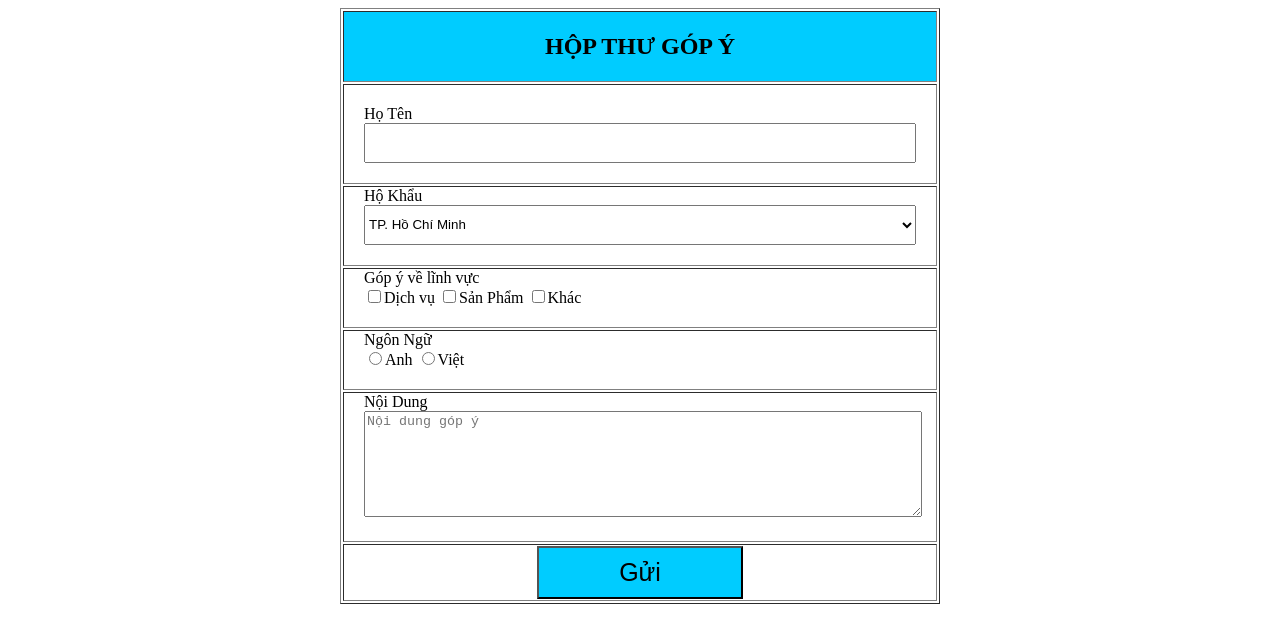
Repository: Tan-Khang21/TH_TKW--Buoi_04
Page: Bai_Tap_Ve_Nha/Bai_02/form8.html
The author's editor kept a copy of each file at every save. The page is drawn from the files as they stood at one save, then again after the next save.
The browser window is 1280 px wide. The pictures show the whole page.

Above is the page before, as saved 2024-03-07 16:42:40.

After the next save:
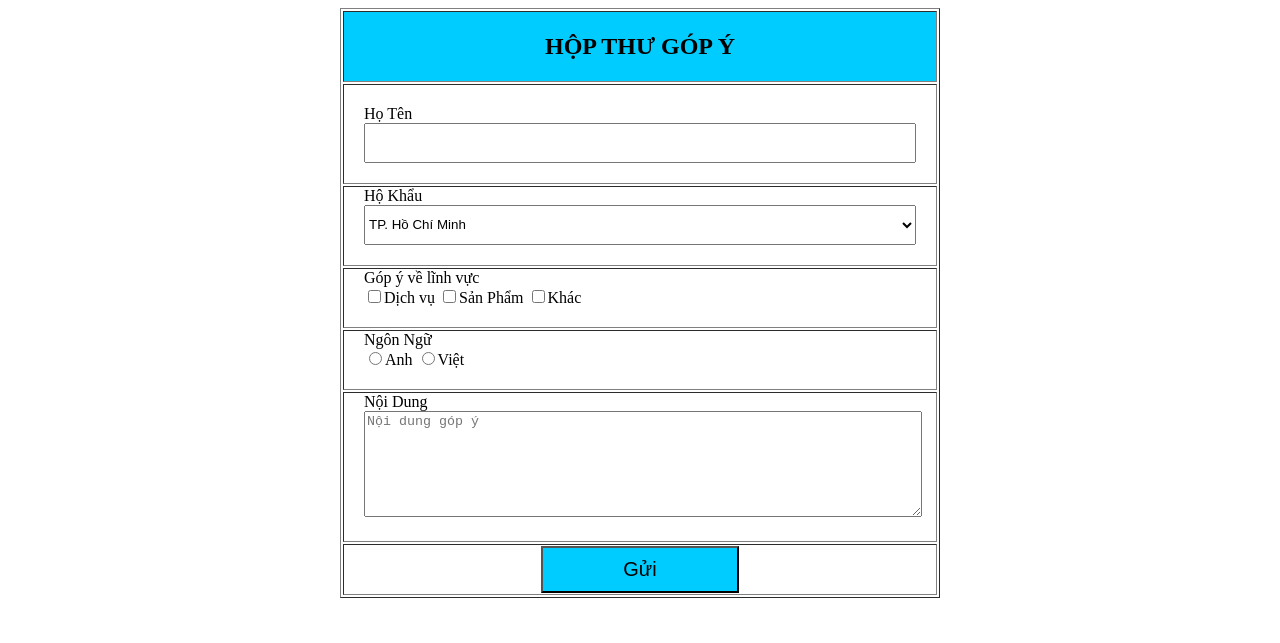
Saved 7 s later.
--- a/Bai_Tap_Ve_Nha/Bai_02/form8.html
+++ b/Bai_Tap_Ve_Nha/Bai_02/form8.html
@@ -58,7 +58,7 @@
       </tr>
       <tr>
         <th>
-            <input type="button" value="Gửi" style="background-color:#00ccff; padding: 10px 80px; font-size: 25px;">
+            <input type="button" value="Gửi" style="background-color:#00ccff; padding: 10px 80px; font-size: 20px;">
         </th>
       </tr>
 </table>
